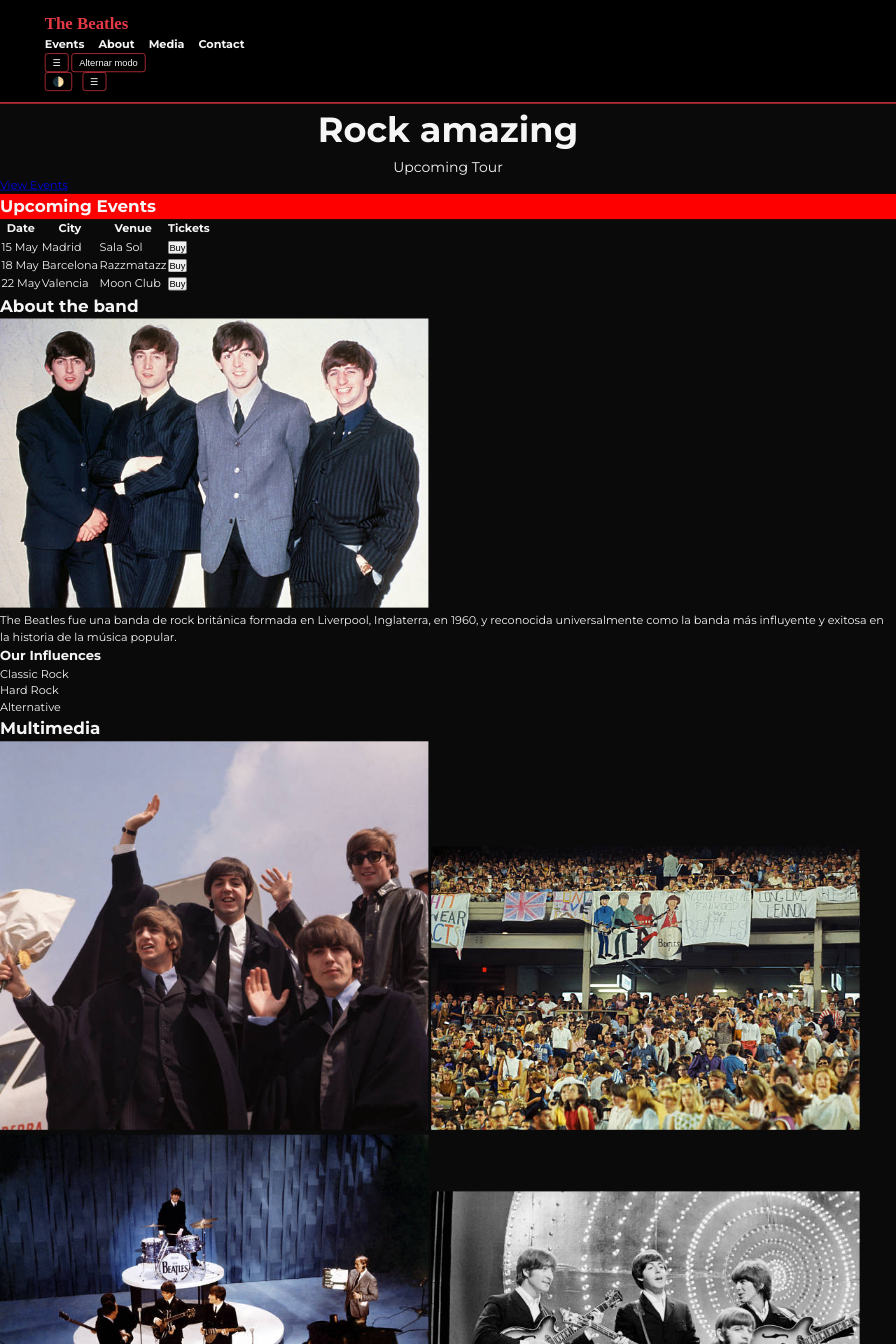
Repository: keiner-dev/Prueba_Desempe-o
Page: index.html
These files come from the project's save history. The page is drawn as it stood at one moment and after the next save; the edit follows.
The browser window is 1280 px wide. The pictures show the part of the page from y = 0 to 1920 px (the page is 2628 px tall), at 70% of full size.
Some web fonts or font styles are not loaded; a fallback is used.

Above is the page before, as saved 2026-04-27 14:23:14.

After the next save:
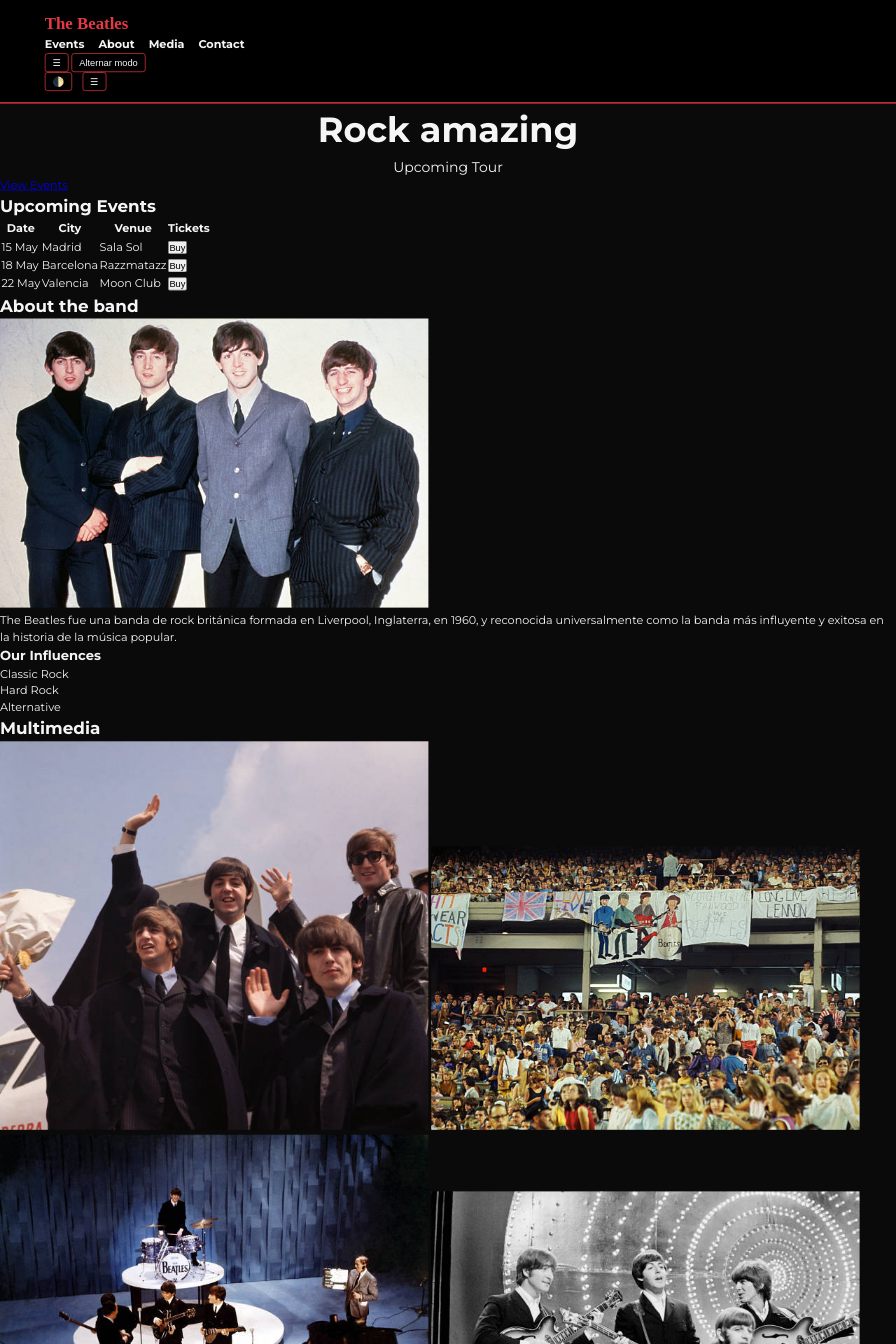
Saved 8 s later.
--- a/styles.css
+++ b/styles.css
@@ -89,5 +89,5 @@
 }
 
 .events_container h2 {
-    background: red;
+    background-: red;
 }

After the save that followed:
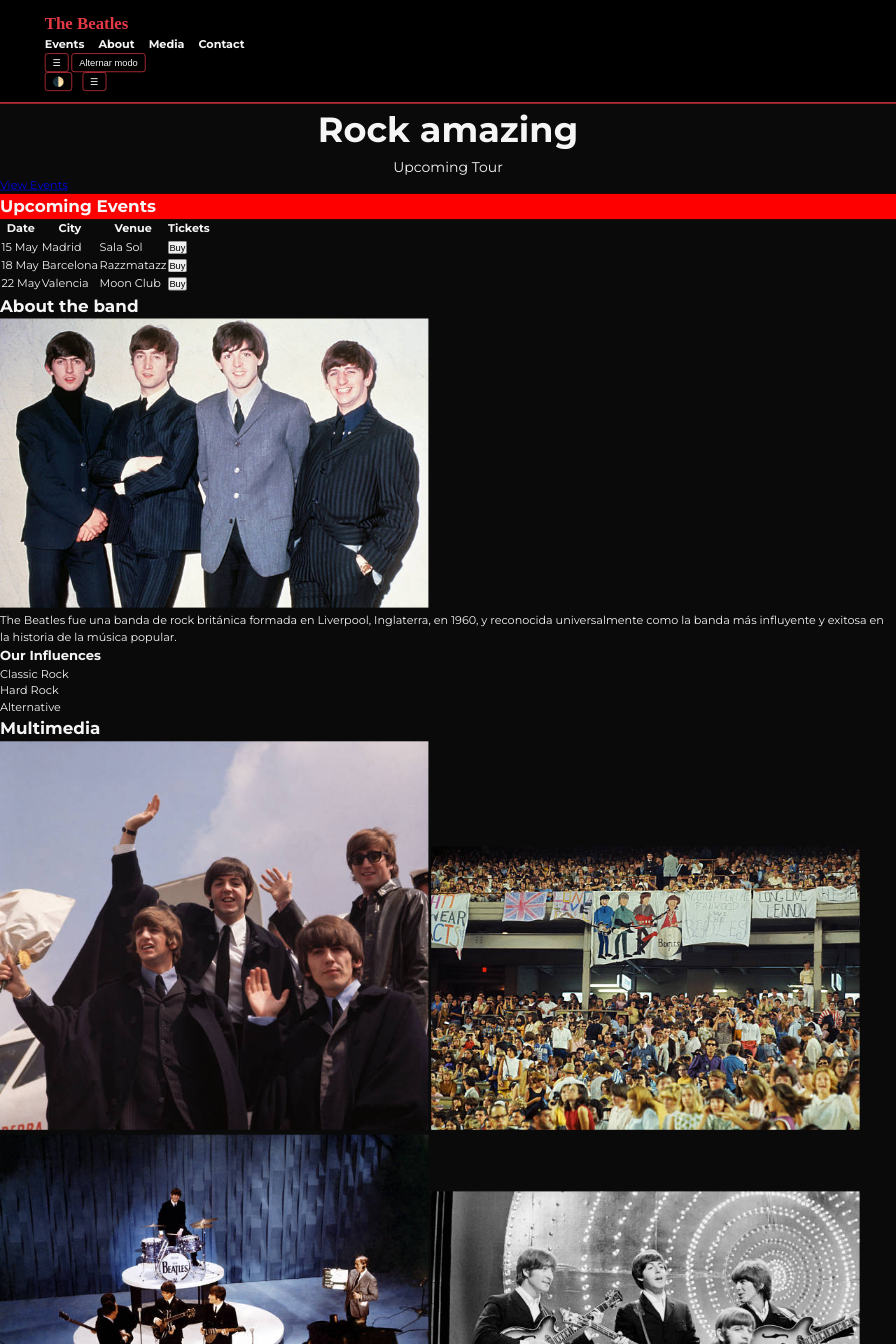
Saved 5 s later.
--- a/styles.css
+++ b/styles.css
@@ -89,5 +89,5 @@
 }
 
 .events_container h2 {
-    background-: red;
+    background-color: red;
 }
